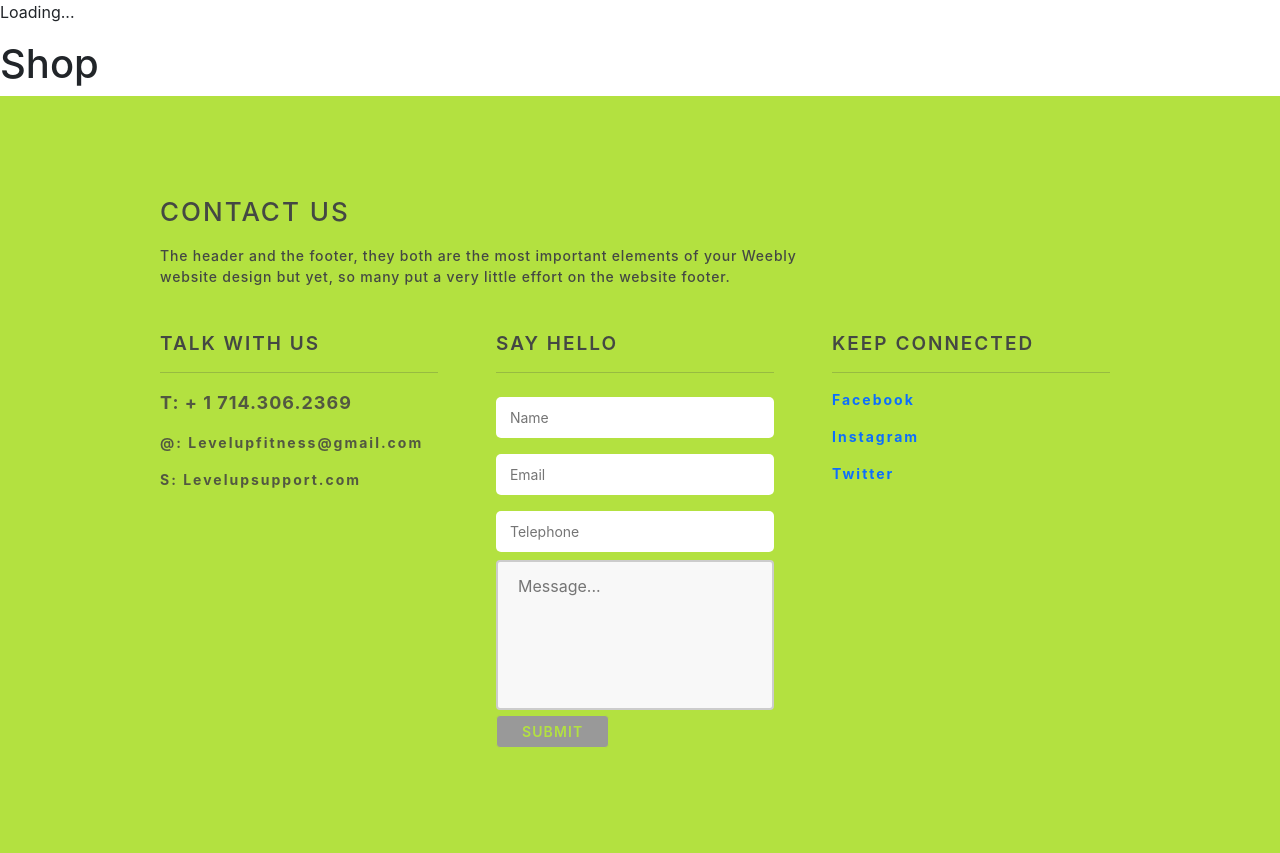
Repository: Bojurie/Level-up
Page: /shop (app in client/)
These files come from the project's save history. The page is drawn as it stood at one moment and after the next save; the edit follows.
The browser window is 1280 px wide. The pictures show the part of the page from y = 314 to 1167 px (the page is 1167 px tall).
The page's requests for data from a server got no answer. Some web fonts or font styles are not loaded; a fallback is used. Some web libraries are served in a nearby version. The project was rebuilt for these pictures with package versions that can differ from the ones it lists, and the page was loaded fresh each time. No one was signed in, and anything a server would have sent is missing. Also part of the build but not shown: client/src/components/Carousel.js, client/src/components/HomeVlog.css, client/src/components/HomeVlog.js, client/src/components/homeProducts.css, client/src/components/HomeProducts.js, client/src/components/Card.js, client/src/components/HomeShop.css, client/src/components/HomeShop.js and 11 more. Imported but missing from the stored project, and not drawn on this page: client/src/components/Chart.

Above is the page before, as saved 2022-11-30 05:45:14.

### client/public/index.html
<!DOCTYPE html>
<html lang="en">
  <head>
    <meta charset="utf-8" />
    <link rel="icon" href="%PUBLIC_URL%/favicon.ico" />
    <meta name="viewport" content="width=device-width, initial-scale=1" />
    <meta name="theme-color" content="#000000" />
    <meta
      name="description"
      content="Web site created using create-react-app"
    />
    <link rel="apple-touch-icon" href="%PUBLIC_URL%/logo192.png" />
    <link rel="manifest" href="%PUBLIC_URL%/manifest.json" />

    <link rel="preconnect" href="https://fonts.googleapis.com" />
    <link rel="preconnect" href="https://fonts.gstatic.com" crossorigin />
    <link
      href="https://fonts.googleapis.com/css2?family=Asap+Condensed:ital,wght@0,400;0,500;1,400&family=Chivo:wght@300;400&family=Jura:wght@300;400;500;600;700&family=Lato:ital,wght@0,400;0,700;1,400&family=Nunito+Sans:wght@400;600&family=Oswald:wght@300;500;700&family=Playball&family=Roboto:ital,wght@0,400;0,500;1,500&family=Wallpoet&display=swap"
      rel="stylesheet"
    />

    <link
      rel="stylesheet"
      href="https://cdn.jsdelivr.net/npm/bootstrap@5.1.3/dist/css/bootstrap.min.css"
      integrity="sha384-1BmE4kWBq78iYhFldvKuhfTAU6auU8tT94WrHftjDbrCEXSU1oBoqyl2QvZ6jIW3"
      crossorigin="anonymous"
    />
    <script
      src="https://kit.fontawesome.com/5ffdb52964.js"
      crossorigin="anonymous"
    ></script>
    <title>React App</title>
    <script
      src="https://kit.fontawesome.com/5ffdb52964.js"
      crossorigin="anonymous"
    ></script>
  </head>
  <body>
    <noscript>You need to enable JavaScript to run this app.</noscript>
    <div id="root"></div>
    <!--
      This HTML file is a template.
      If you open it directly in the browser, you will see an empty page.

      You can add webfonts, meta tags, or analytics to this file.
      The build step will place the bundled scripts into the <body> tag.

      To begin the development, run `npm start` or `yarn start`.
      To create a production bundle, use `npm run build` or `yarn build`.
    -->
  </body>
</html>

### client/src/App.js
import React from 'react';
// import { BrowserRouter as Router, Route, Routes } from 'react-router-dom';
import { BrowserRouter as Router, Route, Routes} from 'react-router-dom'


import Home from './pages/Home';
import About from './pages/About';
import Shop from './pages/Shop';
import Contact from './pages/Contact';
import Navbar from './components/Navbar';
import Footer from './components/Footer';
import LogIn from './pages/LogIn';
import Register from './pages/Register';
import Chart from './components/Chart';
import Vlog from './pages/Vlog';

import {DataProvider} from './components/Context'


function App() {

  return (
        <Router>
          <DataProvider>
          <Navbar />
          <Routes>
              <Route path='/' element={<Home />} />
              <Route path='/about' element={<About />} />
              <Route path='/contact' element={<Contact />} />
              <Route path='/shop' element={<Shop />} />
              <Route path='/vlog' element={<Vlog />} />
              <Route path='/login' element={<LogIn/>} />
              <Route path='/register' element={<Register />} />
              <Route path='/chart' element={<Chart/>} />
          </Routes>
          <Footer />
          </DataProvider>
        </Router>
  );
}

export default App;

### client/src/pages/Shop.js
import React, {useEffect, useState} from 'react';
import { FormTitle } from '../components/FormTitle';

const Shop = () => {
  const [backendData, setBackendData] = useState([{}]);

  useEffect(() => {
    fetch("/shop").then(
      response => response.json()
    ).then(
      data => {
        setBackendData(data)
      }
    )
  }, [])

  return (
    <div className='shop'>
       <FormTitle className="shopForm-title"  />
      <div className=''>

        <div className='shop-content'>
           <div>
              {(typeof backendData.users === 'undefined') ? (
                <p>Loading...</p>
                ) : (
                  backendData.users.map((user, i) => (
                    <p key={i}>{user}</p>
                  ))
                )
              }
          </div>
        </div>
      </div>
      <h1>Shop</h1>

    </div>
  );
}

export default Shop;

### client/src/components/Navbar.js
import React from 'react';
import { Link } from 'react-router-dom';

import './Navbar.css'
import Logo from '../images/Logo.png'



const Navbar = () => {
  return (
    <nav className='navbar'>
      <div className='navbar-wrapper'>
        <Link to='/' className='logo'>
            <img src={Logo} alt='logo' />
        </Link>
        <ul className='navbar-links'>
            <Link to='/' >Home </Link>
            <Link to='/shop'> Shop</Link>
            <Link to='/Vlog'> V-Log</Link>
            <Link to='/about'> About</Link>
            <Link to='/contact'> Contact</Link>
            <Link to='/login'> Login </Link>
            <Link to='/register'>SignUp</Link>
            <Link to='/chart'><i class="fa-solid fa-cart-shopping"></i></Link>

        </ul>
      </div>

    </nav>
  );
}

export default Navbar;

### client/src/components/Footer.js
import React from 'react';
import { Link } from 'react-router-dom';
  import { FontAwesomeIcon } from '@fortawesome/react-fontawesome'
  import { instagram } from '@fortawesome/free-solid-svg-icons'

import './Footer.css';

const Footer = () => {
  return (
    <div className='footer'>
      <div className='footer-wrapper'>
        <div className='footer-header-wrapper'>
          <div className='footer-header'>
            <h1>Contact Us</h1>
          </div>
          <div className='footer-paragraph'>
            <p>The header and the footer, they both are the most important elements of your Weebly website design but yet, so many put a very little effort on the website footer.</p>
          </div>

        </div>
        <div className='footer-nav-content'>
            <div className='footer-navs-left'>
              <h3>Talk With Us</h3><hr/>
              <div className='footer-contact'>
                <div className='tel'>
                  <p>T: + 1 714.306.2369</p>
                </div>
                <div className='email'>
                  <p>@: Levelupfitness@gmail.com</p>
                </div>
                <div className='support'>
                  <p>S: Levelupsupport.com</p>
                </div>

              </div>

            </div>
            <div className='footer-navs-middle'>
                <h3>Say Hello</h3><hr/>
              <div className='footer-form'>

                  <form className='form'>
                    <input type='text' placeholder=' Name' />
                    <input type='text' placeholder=' Email' />
                    <input type='text' placeholder=' Telephone' />
                    <textarea placeholder='Message...' />
                  </form>
                  <div className='form-btn'>
                    <input type='submit' placeholder='' />
                  </div>

              </div>
            </div>
            <div className='footer-navs-right'>
              <h3>Keep Connected</h3><hr/>
              <div className='social-media'>
                <p><Link to='/'>Facebook</Link></p>
                <p><Link to='/'><FontAwesomeIcon icon="fa-brands fa-instagram" /> Instagram</Link></p>
                <p><Link to='/'>Twitter</Link></p>

              </div>

            </div>
        </div>


      </div>
    </div>
  );
}

export default Footer;

### client/src/components/Context.js
import React,{Component} from 'react';
export const DataContext = React.createContext();

export class DataProvider extends Component {
  constructor(props) {
    super(props)

    this.state = {
       products: [
         {
          "_id": "1",
          "title": "Level-Up Sweat Pant",
          "src": "https://images.unsplash.com/photo-1618354691373-d851c5c3a990?ixlib=rb-1.2.1&ixid=MnwxMjA3fDB8MHxwaG90by1wYWdlfHx8fGVufDB8fHx8&auto=format&fit=crop&w=658&q=80",
          "description": "Classic fit for running and outdoor activities.",
          "price": 39,
          "colors": ["red", "blue", "black"],
          "count": 2,
         },
         {
          "_id": "2",
          "title": "Kids Level-Up SweatPant",
          "src": "https://images.unsplash.com/flagged/photo-1555895312-bbc472c964f3?ixlib=rb-1.2.1&ixid=MnwxMjA3fDB8MHxwaG90by1wYWdlfHx8fGVufDB8fHx8&auto=format&fit=crop&w=388&q=80",
          "description": "Kids track sweatsuit for running or leisure activities",
          "price": 20,
          "colors": ["red", "blue", "black"],
          "count": 2,
         },
         {
          "_id": "3",
          "title": "Level Up Tank Top",
          "src": "https://images.unsplash.com/photo-1618354691373-d851c5c3a990?ixlib=rb-1.2.1&ixid=MnwxMjA3fDB8MHxwaG90by1wYWdlfHx8fGVufDB8fHx8&auto=format&fit=crop&w=658&q=80",
          "description": "description",
          "price": 20,
          "colors": ["red", "blue", "black"],
          "count": 2,
         },
         {
          "_id": "4",
          "title": "Level Up T-Shirt",
          "src": "https://images.unsplash.com/photo-1618354691373-d851c5c3a990?ixlib=rb-1.2.1&ixid=MnwxMjA3fDB8MHxwaG90by1wYWdlfHx8fGVufDB8fHx8&auto=format&fit=crop&w=658&q=80",
          "description": "description",
          "price": 20,
          "colors": ["red", "blue", "black"],
          "count": 2,
         },
         {
          "_id": "5",
          "title": "Level Up Sweater",
          "src": "https://images.unsplash.com/photo-1618354691373-d851c5c3a990?ixlib=rb-1.2.1&ixid=MnwxMjA3fDB8MHxwaG90by1wYWdlfHx8fGVufDB8fHx8&auto=format&fit=crop&w=658&q=80",
          "description": "description",
          "price": 20,
          "colors": ["red", "blue", "black"],
          "count": 2,
         },
         {
          "_id": "6",
          "title": "Level Up Embroidery Shirt",
          "src": "https://images.unsplash.com/photo-1618354691373-d851c5c3a990?ixlib=rb-1.2.1&ixid=MnwxMjA3fDB8MHxwaG90by1wYWdlfHx8fGVufDB8fHx8&auto=format&fit=crop&w=658&q=80",
          "description": "description",
          "price": 20,
          "colors": ["red", "blue", "black"],
          "count": 2,
         },
       ]
    }
  }

  render(){
    const {products} = this.state;
    return(
      <DataContext.Provider value={{products}}>
        {this.props.children}
      </DataContext.Provider>
    )
  }
}
export default DataProvider;

### client/src/components/FormTitle.js
import React from "react";
import './FormTitle.css';

export function FormTitle(props) {
  const { className, text } = props;
  return <h1 className={`${className} form-title`}>{text}</h1>;
}

### client/src/components/Navbar.css
.logo img {
  width: 250px;
}

.navbar {
  padding-top: 0;
  display: contents;
}

.navbar-wrapper {
  display: flex;
  /* justify-content: center; */
  align-items: center;
  height: 90px;
  background: #b3e140;
  padding: 0 50px;
  justify-content: space-between;
}

.navbar-links {
  margin-bottom: 0;
}

.navbar-links a {
  font-size: 14px;
  letter-spacing: 2px;
  font-weight: 700;
  text-transform: capitalize;
  margin: 0 10px;
  color: rgb(68, 72, 67);

}

a {
  list-style: none;
  text-decoration: none;
}

### client/src/components/Footer.css
.footer {
  background-color: #b3e140;
      font-size: 14px;
    letter-spacing: 2px;
    font-weight: 700;

    color: rgb(68, 72, 67);
}
.footer-header h1 {
 font-size: 26px;
 text-transform: uppercase;
 letter-spacing: 2px;
}

.footer-navs {
  text-decoration: none;
  list-style-type: none;

}
.footer-navs li{
  padding: 10px 0;
  letter-spacing: 1px;
  text-transform: uppercase;
  font-weight: 600;

}
.footer-wrapper {
  padding: 100px 160px;
}

.footer-contact {



}
.footer-nav-content p {
 color: #424141db;
}
.footer-contact > .tel p{
    font-size: 18px;
    letter-spacing: 1px;

}
.footer-contact > .email p{
    font-size: 14px;
    /* letter-spacing: 2px; */
}
.footer-contact > .support p{
    font-size: 14px;
    letter-spacing: 2px;
}
.footer-paragraph {
  width: 70%;
  letter-spacing: .8px;
  font-weight: 500;
  padding: 10px 0;
}
.footer-wrapper h3{
 text-transform: uppercase;
 letter-spacing: 2px;
 font-size: 19px;
 font-weight: 600;

}

.footer-nav-content {
  display: flex;
  justify-content: space-between;
}



.footer-navs-left,
.footer-navs-middle,
.footer-navs-right{

  padding: 20px 10px 0 0;
  border-radius: 10px;
}

.footer-form {
  background-color: none !important;
}

/* footer Left section */
.footer-navs-left {
  width: 30%;
}

/* footer Middle section */
.footer-navs-middle {
 width: 30%;
}

.form {
  display: grid;
}
.form input {
  padding: 10px ;
  margin: 8px 0;
  border-radius: 5px;
  border: none;
}
.form input:focus {
  border: none;
}

.form textarea {
   width: 100%;
  height: 150px;
  padding: 12px 20px;
  box-sizing: border-box;
  border: 2px solid #ccc;
  border-radius: 4px;
  background-color: #f8f8f8;
  font-size: 16px;
  resize: none;
}
.form input:active {

  border: 1px solid rgb(241, 234, 234);

}
.form-btn {

}
.form-btn input {
     padding: 5px 25px;
    margin: 5px 0;
    border-radius: 4px;
    background-color: #999999;
    border: 1px solid  #b3e140;
    color: #b3e140;
    letter-spacing: 1.1px;
    font-weight: 600;
    text-transform: uppercase;
}

.footer-navs-right {
  width: 30%;
}

### client/src/components/Carousel.css
 .d-block {
   width: 100%;
   /* object-fit: cover; */
   /* object-position: 50% 50%; */
   /* background-size: contain;
   background-repeat: no-repeat; */
 }


 img {

   max-width: 100%;
   max-height: 100%;
   object-fit: cover;
   background-repeat: no-repeat;
 }

 .carousel-item img {
   width: 1000px;
   height: 500px;
 }

 .carousel-caption {
   top: 50%;
 }

 .carousel {
   object-fit: contain;
 }

### client/src/components/FormTitle.css
.form-title {
  font-size: 3rem;
  font-weight: 700;
  line-height: 2rem;
  margin: auto 0;
  color: white;
  background-image: url('https://images.unsplash.com/photo-1581397867105-8c988bd747e6?ixlib=rb-4.0.3&ixid=MnwxMjA3fDB8MHxwaG90by1wYWdlfHx8fGVufDB8fHx8&auto=format&fit=crop&w=1170&q=80') ;
    background-repeat: no-repeat;
  background-position: center;
  background-size: cover;
  padding: 7rem 0 7rem 10rem;
  letter-spacing: 5px;
  text-transform: uppercase;
  display: flex;
  justify-content: flex-start;

}
.form-title h1{


}


.shopForm-title {
 font-size: 3rem;
  font-weight: 700;
  line-height: 2rem;
  letter-spacing: 5px;
  text-transform: uppercase;
  display: flex;
  margin: auto 0;
   background-image: url('https://images.unsplash.com/photo-1581397867105-8c988bd747e6?ixlib=rb-4.0.3&ixid=MnwxMjA3fDB8MHxwaG90by1wYWdlfHx8fGVufDB8fHx8&auto=format&fit=crop&w=1170&q=80') ;
    background-repeat: no-repeat;
  background-position: center;
  background-size: cover;

  padding: 7rem 0 7rem 10rem;
  justify-content: flex-start;

}
.FormTitleLogin-title {
  font-size: 3rem;
  font-weight: 700;
  line-height: 2rem;
  padding: 6rem 0;
  letter-spacing: 5px;
  text-transform: uppercase;
  display: flex;
  justify-content: center;
  margin: auto 0;
   background-image: url('https://images.unsplash.com/photo-1609770231080-e321deccc34c?ixlib=rb-4.0.3&ixid=MnwxMjA3fDB8MHxwaG90by1wYWdlfHx8fGVufDB8fHx8&auto=format&fit=crop&w=765&q=80') ;
    background-repeat: no-repeat;
  background-position: center;
  background-size: cover;

}
.ContactForm-title {
 /* font-size: 3rem;
  font-weight: 700;
  line-height: 2rem;
  text-transform: uppercase; */
  display: flex;
  margin: auto 0;
   background-image: url('https://images.unsplash.com/photo-1587560699334-bea93391dcef?ixlib=rb-4.0.3&ixid=MnwxMjA3fDB8MHxwaG90by1wYWdlfHx8fGVufDB8fHx8&auto=format&fit=crop&w=1170&q=80') ;
    background-repeat: no-repeat;

 padding: 7rem 0 7rem 10rem;
  letter-spacing: 5px;
  justify-content: flex-start;

}
.RegisterForm-title {
  font-size: 3rem;
  font-weight: 700;
  line-height: 2rem;
  padding: 6rem 0;
  letter-spacing: 5px;
  text-transform: uppercase;
  display: flex;
  justify-content: center;
  margin: auto 0;
   background-image: url('https://images.unsplash.com/photo-1563906267088-b029e7101114?ixlib=rb-4.0.3&ixid=MnwxMjA3fDB8MHxwaG90by1wYWdlfHx8fGVufDB8fHx8&auto=format&fit=crop&w=1170&q=80') ;
    background-repeat: no-repeat;
  /* background-position: bottom; */
  /* background-size: cover; */
    /* background-attachment: */


}
.VlogForm_title h1{


}
.VlogForm_title {
  /* font-size: 3rem;
  font-weight: 700;
  line-height: 2rem; */
  padding: 7rem 0 7rem 10rem;
  letter-spacing: 5px;
  text-transform: uppercase;
  display: flex;
  justify-content: flex-start;
  margin: auto 0;
   background-image: url('https://images.unsplash.com/photo-1440778303588-435521a205bc?ixlib=rb-4.0.3&ixid=MnwxMjA3fDB8MHxwaG90by1wYWdlfHx8fGVufDB8fHx8&auto=format&fit=crop&w=1470&q=80') ;
    background-repeat: no-repeat;
  background-position: center;
  background-size: cover;

}

@media screen and (max-width: 414px) {
  .form-title {
    padding: 4rem 1rem;

  }

}

### client/src/components/auth/LoginForm.css
.loginForm-wrapper {
  text-align: center;
    justify-content: center;
    width: 600px;
    margin: auto;
    padding: 90px 0;

}
.login-header {
  text-transform: uppercase;
  letter-spacing: 2px;
  font-weight: 600;
}


form {
  display: grid;
}

.loginForm-header {
  font-size: 20px;
}

.loging
form input {
  margin: 5px 0;
  padding: 10px;
  border-radius: 10px;
  border: 1px solid white;
  background-color: rgba(243, 247, 255, 0.715) !important;
}
form input:focus{
  border: 2px solid green;
}
form > .loginBtn > input{
  padding: 8px;
  width: 100%;
  background-color:#999999!important;
  color: #ccf368;
  font-weight: 700;
  border: none;
  margin:5px 0 ;
  font-size: 20px;
  letter-spacing: 3px;
}

### client/src/components/auth/registerForm.css

.registerForm-wrapper {
  text-align: center;
    justify-content: center;
    width: 600px;
    margin: auto;
    padding: 90px 0;

}
.login-header {
  text-transform: uppercase;
  letter-spacing: 2px;
  font-weight: 600;
}


form {
  display: grid;
}

.loginForm-header {
  font-size: 20px;
}

.register
form input {
  margin: 5px 0;
  padding: 10px;
  border-radius: 10px;
  border: 1px solid white;

}
form input:focus{
  border: 2px solid green;
}
form > .loginBtn > input{
  padding: 8px;
  width: 100%;
  background-color: #b3e140 !;
  border: none;
  margin:5px 0 ;
}

Loaded but not shown: client/src/index.js (common file); client/src/index.css (common file)

After the next save:
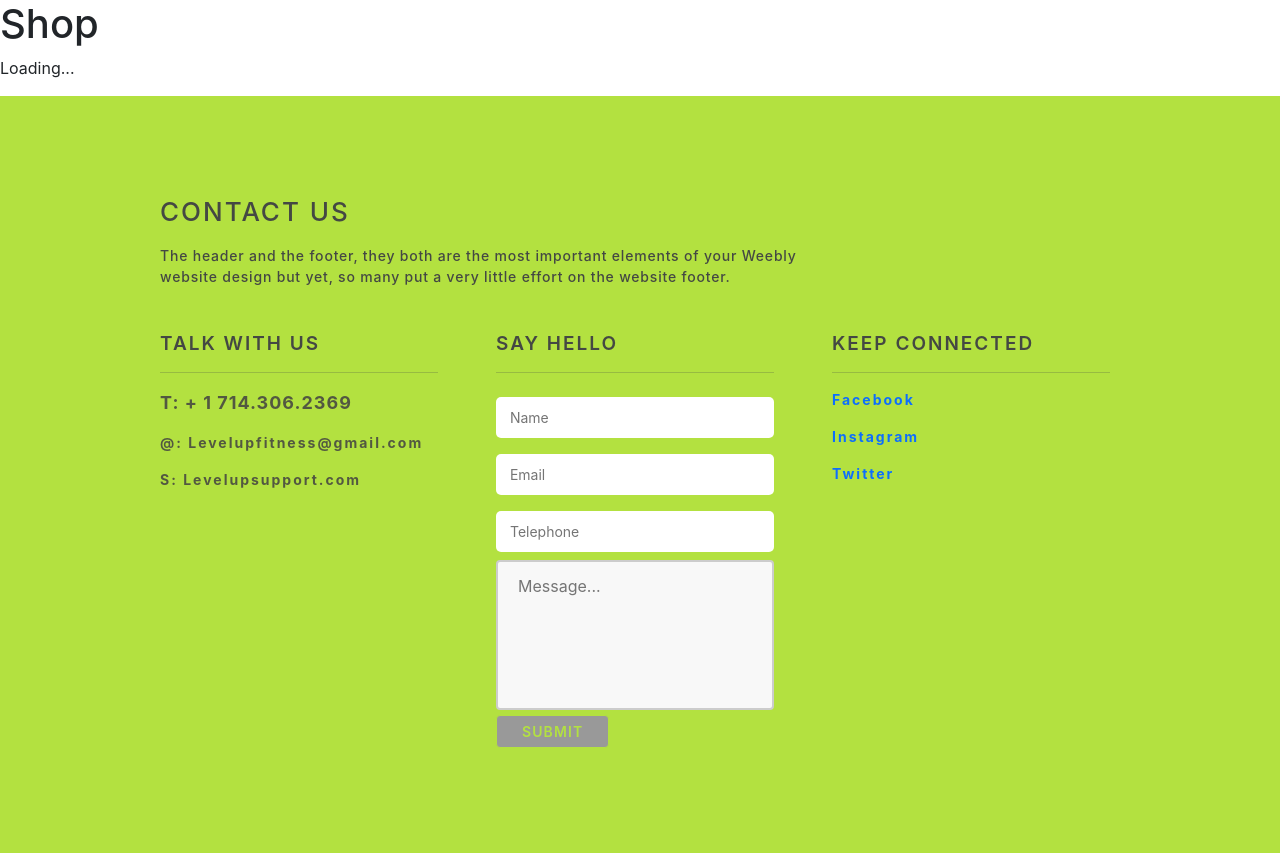
Saved 10 min 17 s later.
--- a/client/src/pages/Shop.js
+++ b/client/src/pages/Shop.js
@@ -16,24 +16,26 @@ const Shop = () => {
 
   return (
     <div className='shop'>
-       <FormTitle className="shopForm-title"  />
-      <div className=''>
-
-        <div className='shop-content'>
-           <div>
-              {(typeof backendData.users === 'undefined') ? (
-                <p>Loading...</p>
-                ) : (
-                  backendData.users.map((user, i) => (
-                    <p key={i}>{user}</p>
-                  ))
-                )
-              }
-          </div>
+      <FormTitle className="shopForm-title"  />
+        <div>
+            <div>
+                <div className=''>
+                  <div className='shop-content'>
+                    <h1>Shop</h1>
+                    <div>
+                        {(typeof backendData.users === 'undefined') ? (
+                          <p>Loading...</p>
+                          ) : (
+                            backendData.users.map((user, i) => (
+                              <p key={i}>{user}</p>
+                            ))
+                          )
+                        }
+                    </div>
+                  </div>
+                </div>
+            </div>
         </div>
-      </div>
-      <h1>Shop</h1>
-
     </div>
   );
 }
